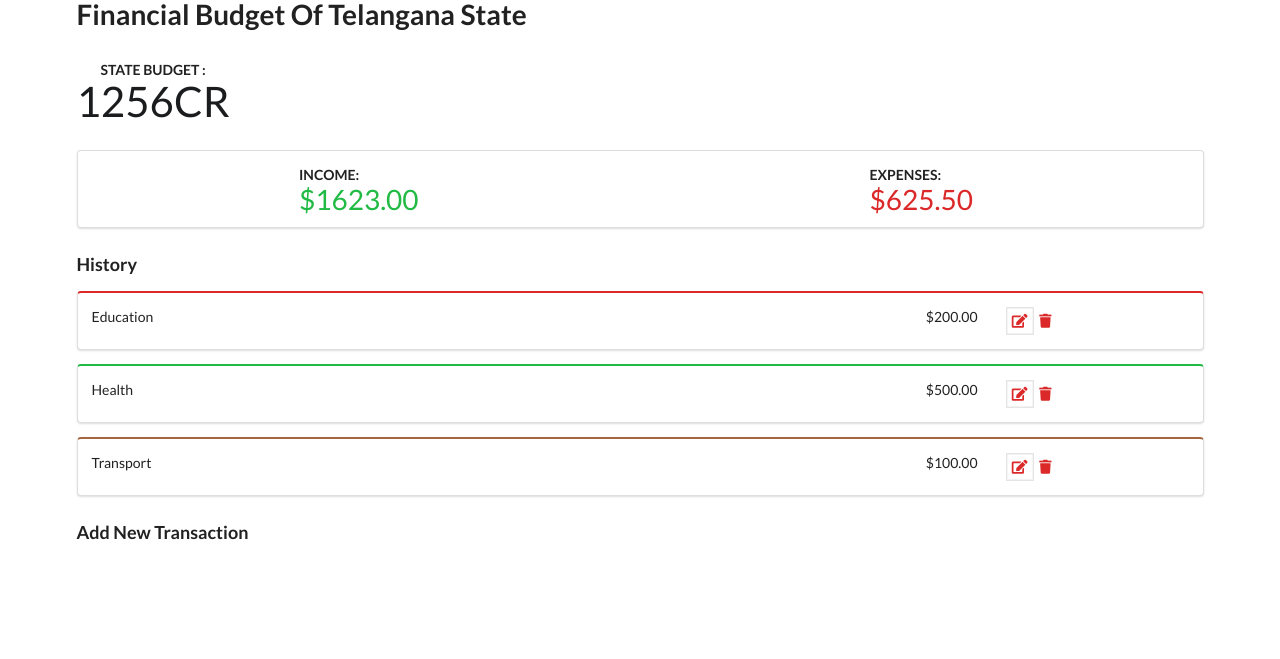
Repository: akHil07090709/advanced-react
Page: /
These files come from the project's save history. The page is drawn as it stood at one moment and after the next save; the edit follows.
The browser window is 1280 px wide. The pictures show the whole page.
The project was rebuilt for these pictures with package versions that can differ from the ones it lists, and the page was loaded fresh each time. Also part of the build but not shown: src/App.css.

Above is the page before, as saved 2021-05-25 07:59:13.

### src/index.js
import React from "react";
import ReactDOM from "react-dom";
import "./index.css";
import App from "./App";
import "semantic-ui-css/semantic.min.css";

ReactDOM.render(
  <React.StrictMode>
    <App />
  </React.StrictMode>,
  document.getElementById("root")
);

// If you want to start measuring performance in your app, pass a function
// to log results (for example: reportWebVitals(console.log))
// or send to an analytics endpoint. Learn more: https://bit.ly/CRA-vitals

### src/App.js
import {
  Container,
  Form,
  Grid,
  Header,
  Icon,
  Segment,
  Statistic,
} from "semantic-ui-react";
import "./App.css";

function App() {
  return (
    <Container>
      <Header as="h1">Financial Budget Of Telangana State</Header>
      <Statistic size="small">
        {/* A statistic can display a value with a label above or below it.*/}
        <Statistic.Label>State Budget : </Statistic.Label>
        <Statistic.Value>1256cr</Statistic.Value>
      </Statistic>
      <Segment textAlign="center">
        <Grid columns={2}>
          <Grid.Row>
            <Grid.Column>
              <Statistic size="tiny" color="green">
                <Statistic.Label style={{ textAlign: "left" }}>
                  Income:
                </Statistic.Label>
                <Statistic.Value>$1623.00</Statistic.Value>
              </Statistic>
            </Grid.Column>
            <Grid.Column>
              <Statistic size="tiny" color="red">
                <Statistic.Label style={{ textAlign: "left" }}>
                  Expenses:
                </Statistic.Label>
                <Statistic.Value>$625.50</Statistic.Value>
              </Statistic>
            </Grid.Column>
          </Grid.Row>
        </Grid>
      </Segment>
      <Header as="h3">History</Header>
      <Segment color="red">
        <Grid columns={3}>
          <Grid.Row>
            <Grid.Column width={10}>Education</Grid.Column>
            <Grid.Column width={3} textAlign="right">
              $200.00
            </Grid.Column>
            <Grid.Column width={3}>
              <Icon name="edit" bordered color="red" />
              <Icon name="trash" color="red" />
            </Grid.Column>
          </Grid.Row>
        </Grid>
      </Segment>
      <Segment color="green">
        <Grid columns={3}>
          <Grid.Row>
            <Grid.Column width={10}>Health</Grid.Column>
            <Grid.Column width={3} textAlign="right">
              $500.00
            </Grid.Column>
            <Grid.Column width={3}>
              <Icon name="edit" bordered color="red" />
              <Icon name="trash" color="red" />
            </Grid.Column>
          </Grid.Row>
        </Grid>
      </Segment>
      <Segment color="brown">
        <Grid columns={3}>
          <Grid.Row>
            <Grid.Column width={10}>Transport</Grid.Column>
            <Grid.Column width={3} textAlign="right">
              $100.00
            </Grid.Column>
            <Grid.Column width={3}>
              <Icon name="edit" bordered color="red" />
              <Icon name="trash" color="red" />
            </Grid.Column>
          </Grid.Row>
        </Grid>
      </Segment>
      <Header as="h3">Add New Transaction</Header>
      <Form unstackable></Form>
    </Container>
  );
}

export default App;

Loaded but not shown: public/index.html (common file); src/index.css (common file)

After the next save:
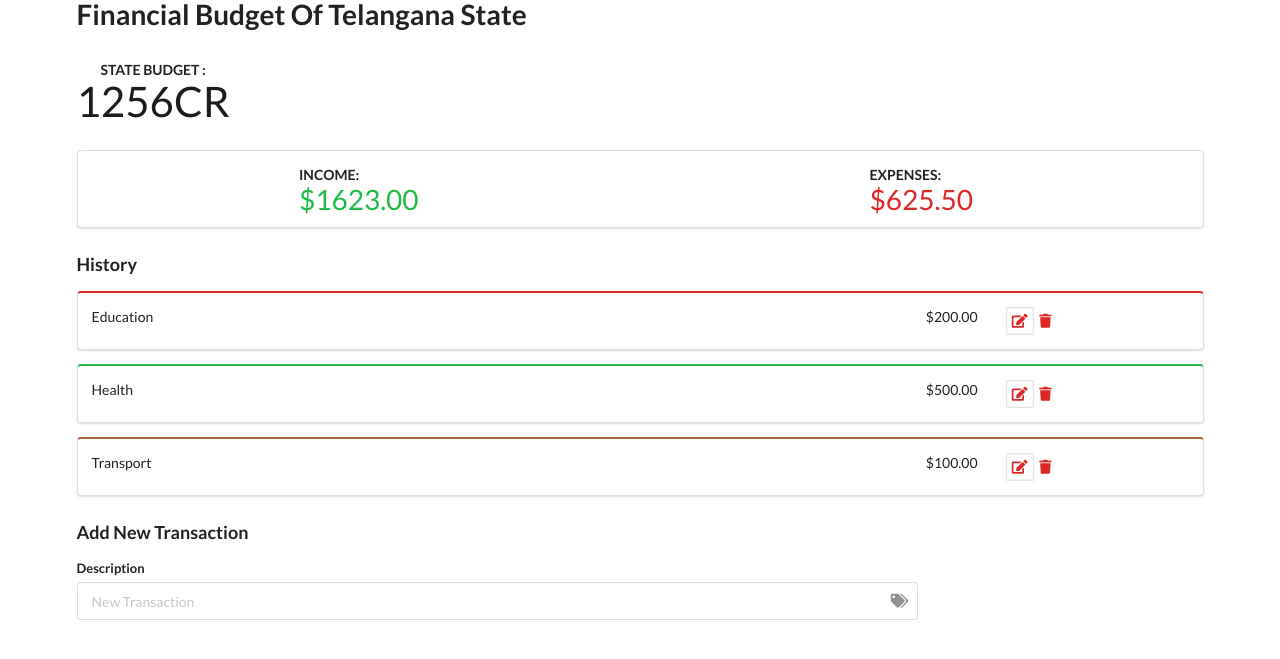
Saved 2 min 50 s later.
--- a/src/App.js
+++ b/src/App.js
@@ -1,6 +1,8 @@
 import {
   Container,
   Form,
+  FormGroup,
+  FormInput,
   Grid,
   Header,
   Icon,
@@ -84,7 +86,16 @@
         </Grid>
       </Segment>
       <Header as="h3">Add New Transaction</Header>
-      <Form unstackable></Form>
+      <Form unstackable>
+        <FormGroup>
+          <FormInput
+            width={12}
+            label="Description"
+            icon="tags"
+            placeholder="New Transaction"
+          />
+        </FormGroup>
+      </Form>
     </Container>
   );
 }
